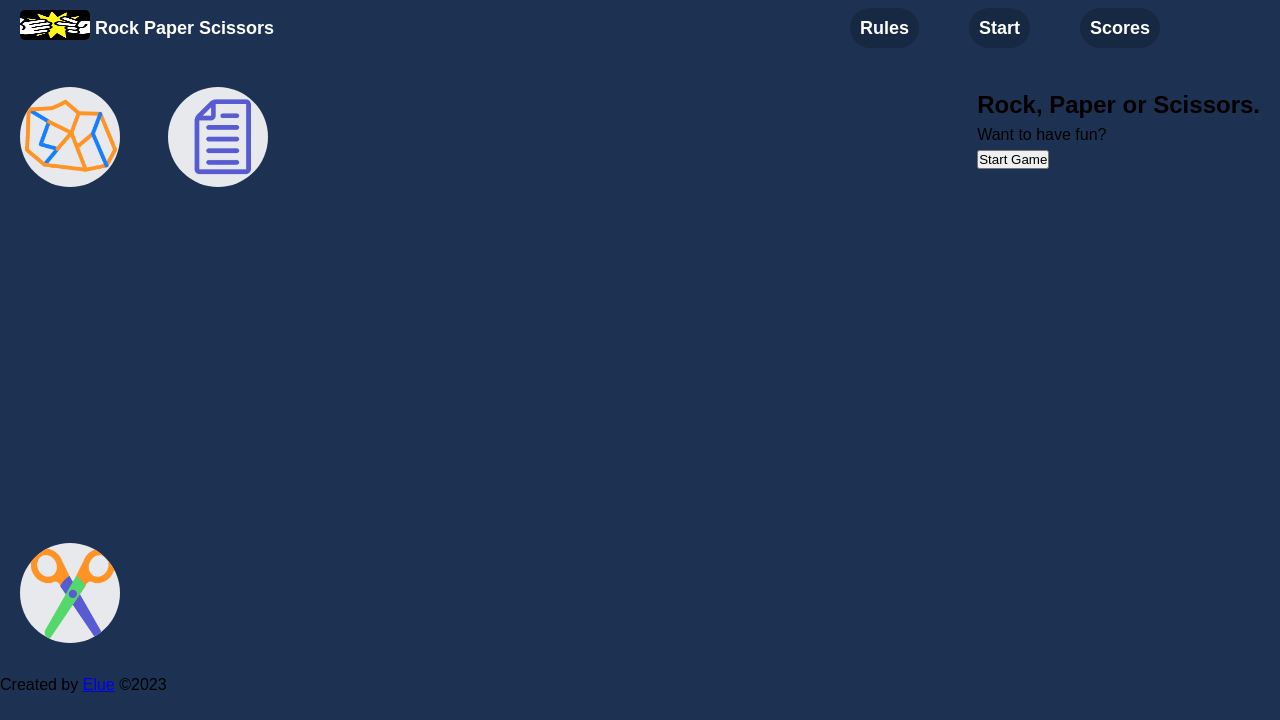
Repository: MikkyPrestige/rock-paper-scissors
Page: index.html
An editor plug-in stored every save of this project. The page is shown before and after the next save, followed by the edit.
The browser window is 1280 px wide. The pictures show the whole page.

Above is the page before, as saved 2023-05-08 04:40:28.

After the next save:
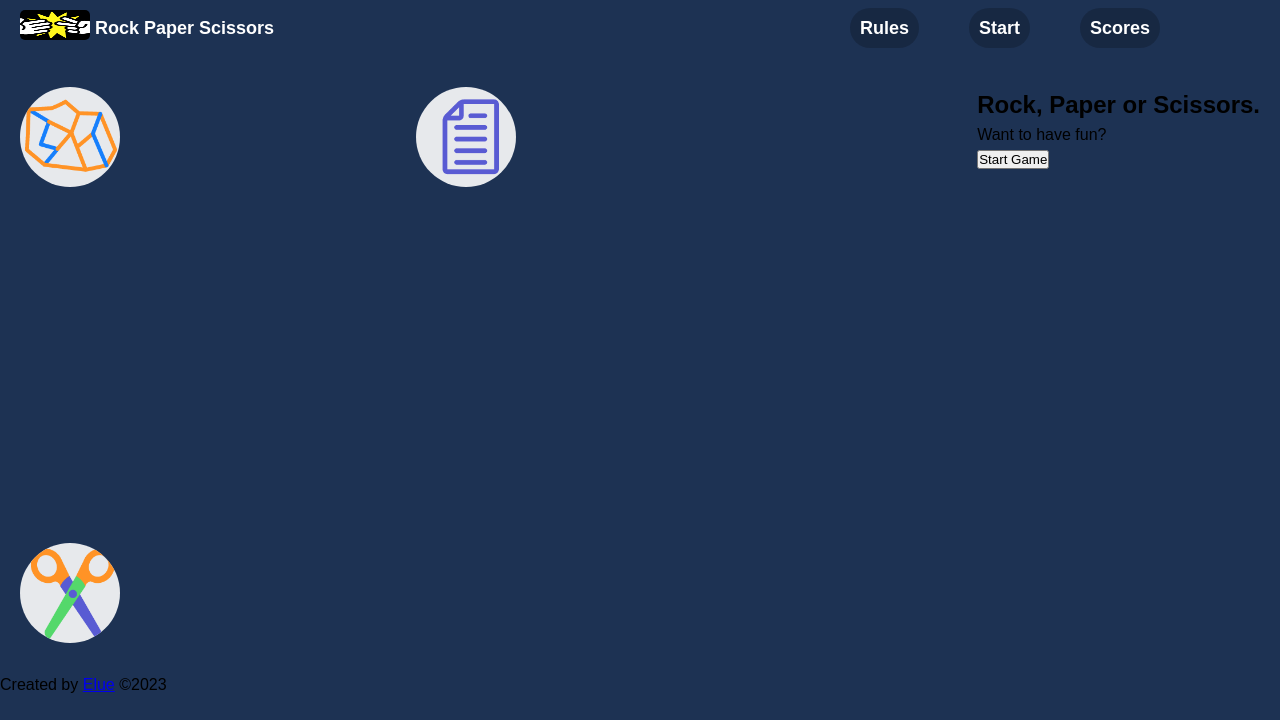
Saved 7 s later.
--- a/index.css
+++ b/index.css
@@ -100,7 +100,7 @@ li a:hover {
 .images {
   position: relative;
   height: 100%;
-  flex-basis: 20%;
+  flex-basis: 40%;
 }
 
 .img {
